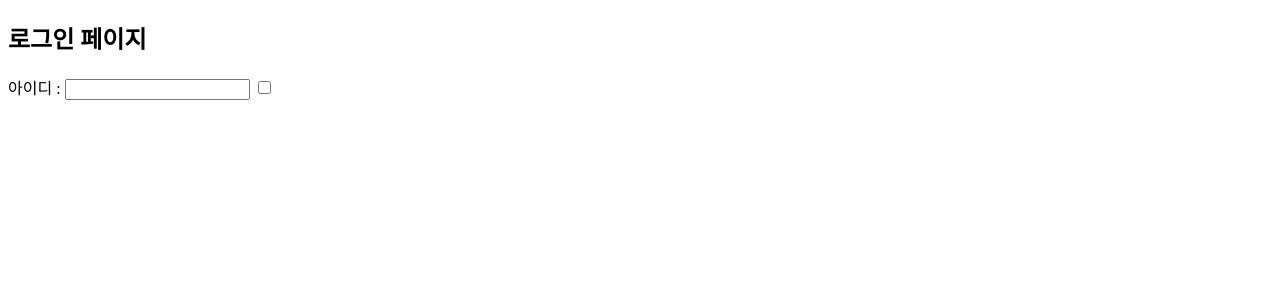
Repository: bhj305/JSP_Servlet
Page: http://localhost/MustHaveJSP/04Cookie/IdSaveMain.jsp
An editor plug-in stored every save of this project. The page is shown before and after the next save, followed by the edit.
The browser window is 1280 px wide. The pictures show the whole page.
The page is served by Tomcat 10.

Above is the page before, as saved 2025-05-07 06:49:56.

After the next save:
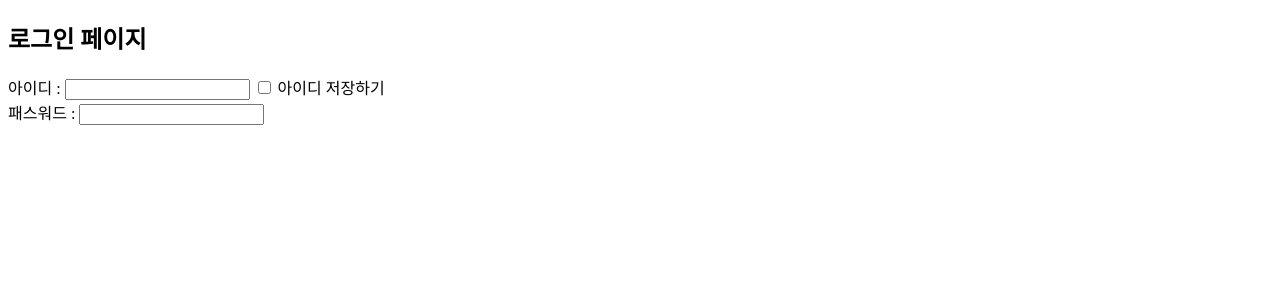
Saved 34 s later.
--- a/MustHaveJSP/src/main/webapp/04Cookie/IdSaveMain.jsp
+++ b/MustHaveJSP/src/main/webapp/04Cookie/IdSaveMain.jsp
@@ -21,6 +21,9 @@ if(!loginId.equals("")){
 		<form action="IdSaveProcess.jsp" method="post">
 		아이디 : <input type="text" name="user_id" value="<%= loginId %>" />
 			<input type = "checkbox" name="save_check" value = "<%= cookieCheck %>" />
+			아이디 저장하기
+		<br/>
+		패스워드 : <input type="text" name="user_pw" value="<%= loginId %>" />
 		</form>
 
 	</body>
